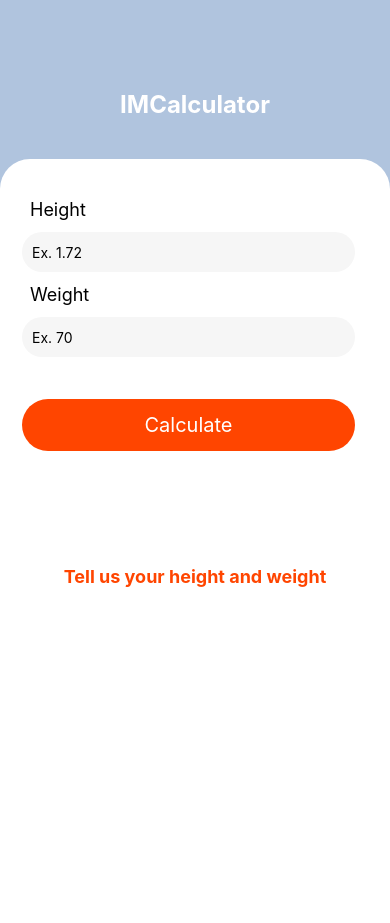
Repository: rubenmatias08/IMCTracker
Screen: /
The author's editor kept a copy of each file at every save. The screen is drawn from the files as they stood at one save, then again after the next save.
The app was drawn by React Native's web renderer in a window 390 px wide. The project was rebuilt for these pictures with package versions that can differ from the ones it lists, and the page was loaded fresh each time.

Above is the screen before, as saved 2024-03-11 00:53:28.

### App.js
import { StyleSheet, View } from 'react-native';
import Title from './src/components/Title';
import Form from './src/components/Form/index'

export default function App() {
  return (
    <View style={styles.container}>
      <Title/>
      <Form />
    </View>
  );
}

const styles = StyleSheet.create({
  container: {
    flex: 1,
    backgroundColor: '#B0C4DE',
    paddingTop: 80,

  },
});



/*
   alignItems: 'center',
    justifyContent: 'center',

*/

### src/components/Title/index.js
import React from "react";
import { View,Text } from "react-native"; //Componentes
import styles from "./style";

export default function Title(){
    return(
        <View style={styles.boxTitle}>
            <Text style={styles.textTitle}>IMCalculator</Text>
        </View>
    )
}

//Para aplicar a estilização colocamos: style={nomedoficheiroimportado.propriedadeJSON}

### src/components/Form/index.js
import React , {useState} from "react";
import { TextInput, View, Text, TouchableOpacity} from "react-native";
import ResultIMC from "./ResultIMC";
import styles from "./style";


export default function Form(){

    const [height, setHeight] = useState(null); // Altura
    const [weight, setWeight] = useState(null); // Peso
    const [messageIMC, setmessageIMC] = useState("Tell us your height and weight"); // Mensagem que contem o resultado
    const [imc,setIMC] = useState(null); // valor do IMC
    const [textButton, setTextButton] = useState("Calculate"); //

    //Calcular o imc é altura x altura a dividir por peso
    //E vamos querer que nos retorne o resultado (toFixed) que é para vir com 2 casas decimais apenas.
    function CalculatorIMC(){
        return setIMC((weight / (height * height)).toFixed(2))
    }

    //Caso os valores tiverem sido preenchidos ele valida, caso contrário temos de avisar o usuário para preencher os dados de altura e peso.
    //Aqui com a condição é: Caso os valores de height e weight sejam diferentes de null, ou seja, estão preenchidos... Chama a função CalculatorIMC() que fará o calculo que depois nos dá o resultado.
    function ValidationIMC(){
        if(height != null && weight != null){
            CalculatorIMC() //Função do calculo
            setHeight(null) //Reset de height para que se faça depois um novo calculo
            setWeight(null) //Reset de weight para que se faça depois um novo calculo
            setmessageIMC("Your IMC is:") //Mensagem para apresentar o resultado
            setTextButton("Calculate again") //Botão com mensagem
            return //Depois de tudo isto... Retorna-nos.
        }
        setIMC(null) //caso o peso e altura sejam nulos, colocamos o imc como nulo também para que não haja resposta de possiveis calculos anteriores
        setTextButton("Calculate") //Para voltar a apresentar o texto original
        setmessageIMC("Tell us your height and weight") //Para voltar a apresentar o texto original

    }


    return(
        <View style={styles.formContent}>
            <View style={styles.form}>
                <Text style={styles.formLabel}>Height</Text>
                <TextInput style= {styles.input}
                onChangeText={setHeight}
                value={height}
                placeholder="Ex. 1.72"
                keyboardType="numeric"
                />

                <Text style={styles.formLabel}>Weight</Text>
                <TextInput style= {styles.input}
                onChangeText={setWeight}
                value={weight}
                placeholder="Ex. 70"
                keyboardType="numeric"
                />

               <TouchableOpacity style={styles.buttonCalculator} onPress={() => ValidationIMC()}>
               <Text style={styles.textButtonCalculator}>{textButton}</Text>
               </TouchableOpacity>

            </View>
            <ResultIMC messageResultImc={messageIMC} resultImc={imc}/>
        </View>
    )
}

//O keyboardType indica qual o tipo de teclado que ele vai abrir
//No <ResultIMC> leva duas props com propriedades dinamicas.


//Antes tinhamos um Button para clicar em vez de TouchOpacity, assim:
//  <Button onPress={() => ValidationIMC()} title={textButton}/>
//mas fizemos diferente e usamos o TouchOpacity porque é mais moderno e melhor. Há várias opções assim, basta ver na documentação do react native.

### src/components/Title/style.js
import { StyleSheet } from "react-native";

const styles = StyleSheet.create( {
    boxTitle: {
        alignItems: "center",
        justifyContent: "center",
        padding: 10,
    },
    textTitle: {
        color:"white",
        fontSize:24,
        fontWeight:"bold"
    }
});

export default styles;

### src/components/Form/ResultIMC/index.js
import React from "react";
import { View , Text } from "react-native";
import styles from "./style";

export default function ResultIMC(props){
    return(
        <View style={styles.ResultIMC}>
            <Text style={styles.information}>{props.messageResultImc}</Text>
            <Text style={styles.numberIMC}>{props.resultImc}</Text>
        </View>
    )
}

//Neste componente vai ser mostrado o resultado do valor de IMC e uma mensagem com o valor desse IMC.

### src/components/Form/style.js
import { StyleSheet } from "react-native";

const styles = StyleSheet.create( {
    formContent: {
        width:"100%",
        height:"100%",
        bottom:0,
        backgroundColor:"#ffffff",
        alignItems:"center",
        borderTopLeftRadius:30,
        borderTopRightRadius:30,
        marginTop:30
    },
    form: {
        width:"100%",
        height:"auto", //Colocando auto, ao colocar novos items ao conteudo ele ajusta.
        marginTop:30,
        padding:10
    },
    formLabel:{
        color:"#000000",
        fontSize:18,
        paddingLeft:20,
    },
    input:{
        width:"90%",
        borderRadius:50,
        backgroundColor:"#f6f6f6",
        height:40,
        margin:12,
        paddingLeft:10,
    },
    buttonCalculator:{
        borderRadius:50,
        alignItems:"center",
        justifyContent:"center",
        width:"90%",
        backgroundColor:"#FF4500",
        paddingTop:14,
        paddingBottom:14,
        marginLeft:12,
        margin:30

    },
    textButtonCalculator:{
        fontSize:20,
        color: "#ffffff",
    }
});

export default styles;

### src/components/Form/ResultIMC/style.js
import { StyleSheet } from "react-native";

const styles = StyleSheet.create( {
    ResultIMC: {
        flex:1,
        marginTop:15,
        paddingTop:60,
        borderRadius:50,
        alignItems:"center",
        width:"100%",
    },
    numberIMC:{
        fontSize:48,
        color:"#FF4500",
        fontWeight:"bold"
    },
    information:{
        fontSize:18,
        color:"#FF4500",
        fontWeight:"bold"
    }
});

export default styles;

After the next save:
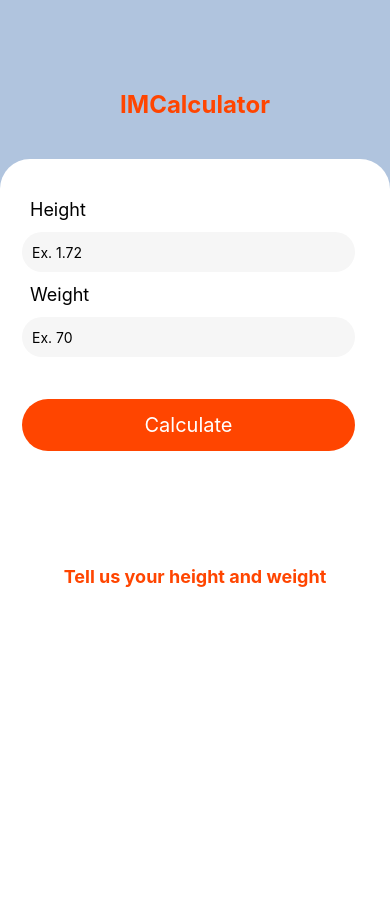
Saved 21 s later.
--- a/src/components/Title/style.js
+++ b/src/components/Title/style.js
@@ -7,7 +7,7 @@
         padding: 10,
     },
     textTitle: {
-        color:"white",
+        color:"#FF4500",
         fontSize:24,
         fontWeight:"bold"
     }

After the save that followed:
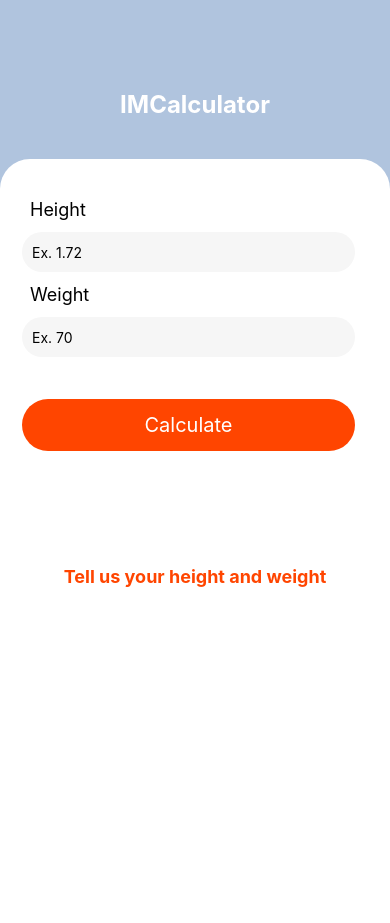
Saved 2 min 48 s later.
--- a/src/components/Title/style.js
+++ b/src/components/Title/style.js
@@ -7,7 +7,7 @@
         padding: 10,
     },
     textTitle: {
-        color:"#FF4500",
+        color:"white",
         fontSize:24,
         fontWeight:"bold"
     }
